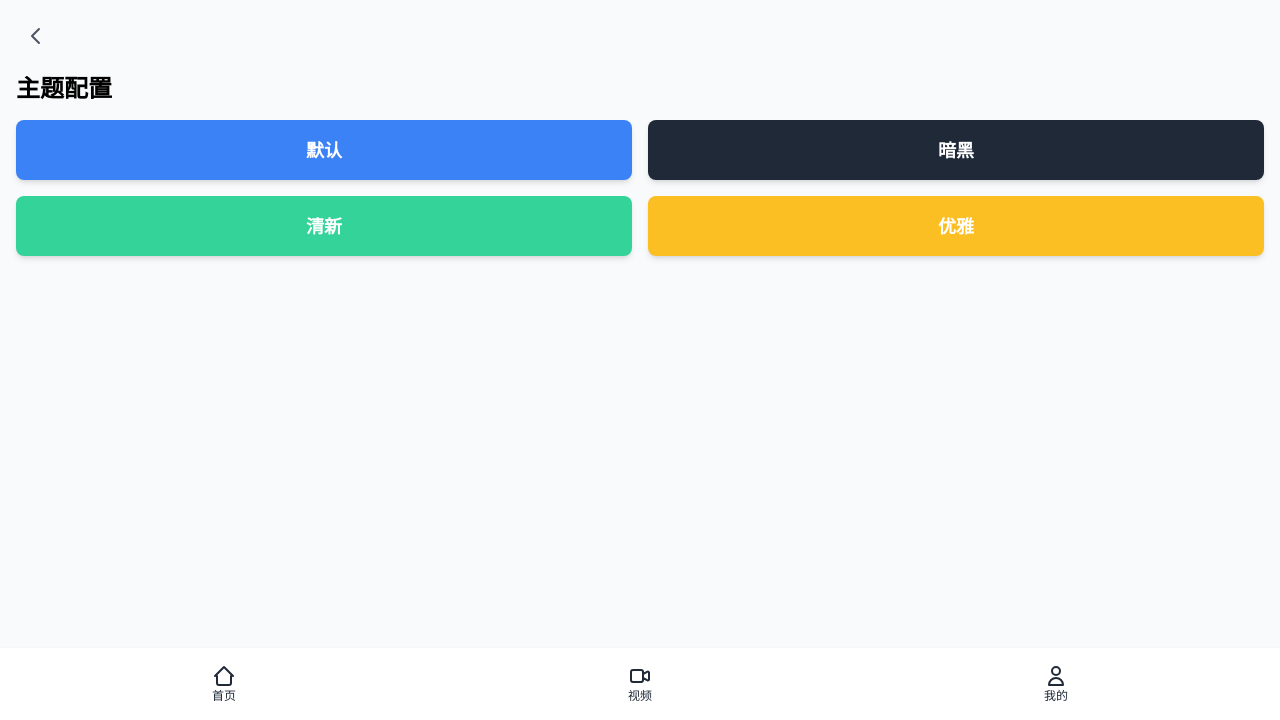
Repository: Look625/simpleNewsForAIRace
Page: /profile/theme-config
These files come from the project's save history. The page is drawn as it stood at one moment and after the next save; the edit follows.
The browser window is 1280 px wide. The pictures show the whole page.
The project was rebuilt for these pictures with package versions that can differ from the ones it lists, and the page was loaded fresh each time. Also part of the build but not shown: vite.config.ts.

Above is the page before, as saved 2025-02-26 09:53:18.

After the next save:
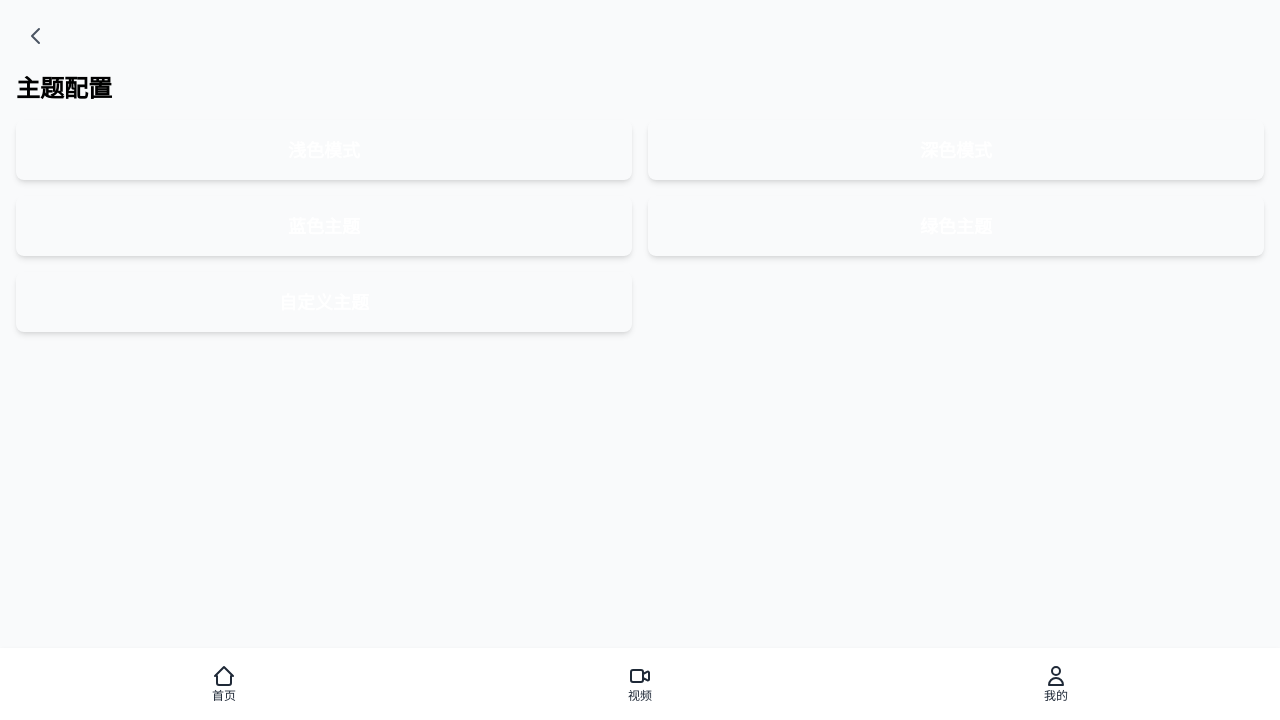
Saved 2 min 52 s later.
--- a/src/views/ThemeConfig.vue
+++ b/src/views/ThemeConfig.vue
@@ -11,12 +11,12 @@
     <div class="grid grid-cols-2 gap-4">
       <button
         v-for="theme in themes"
-        :key="theme.name"
+        :key="theme.value"
         class="p-4 rounded-lg shadow-md transition-transform transform hover:scale-105"
-        :style="{ backgroundColor: theme.color }"
-        @click="applyTheme(theme.name)"
+        :style="{ backgroundColor: theme.bgClass }"
+        @click="applyTheme(theme.value)"
       >
-        <h2 class="text-lg font-semibold text-white">{{ theme.name }}</h2>
+        <h2 class="text-lg font-semibold text-white">{{ theme.label }}</h2>
       </button>
     </div>
   </div>
@@ -31,17 +31,15 @@ const router = useRouter()
 const themeStore = useThemeStore()
 
 const themes = ref([
-  { name: '默认', color: '#3b82f6' },
-  { name: '暗黑', color: '#1f2937' },
-  { name: '清新', color: '#34d399' },
-  { name: '优雅', color: '#fbbf24' },
+  { label: '浅色模式', value: 'light', bgClass: 'bg-white text-gray-800' },
+  { label: '深色模式', value: 'dark', bgClass: 'bg-gray-800 text-white' },
+  { label: '蓝色主题', value: 'blue', bgClass: 'bg-blue-500 text-white' },
+  { label: '绿色主题', value: 'green', bgClass: 'bg-green-500 text-white' },
+  { label: '自定义主题', value: 'custom', bgClass: 'theme-primary text-white' },
 ])
 
 const applyTheme = (themeName: string) => {
-  themeStore.setTheme(themeName)
-  if (themeName === 'custom') {
-    themeStore.applyCustomColors()
-  }
+  themeStore.saveThemeConfig(themeName, themeStore.customColors)
   console.log(`应用主题: ${themeName}`)
 }
 </script>
